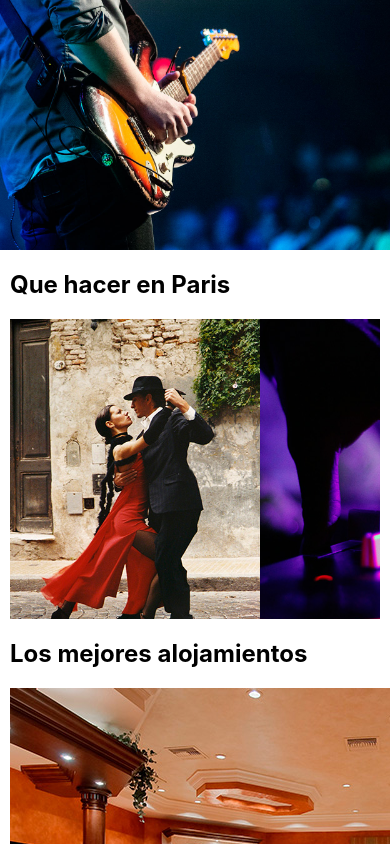
Repository: AleMicky/layout
Screen: /
The author's editor kept a copy of each file at every save. The screen is drawn from the files as they stood at one save, then again after the next save.
An inner scrolling area shows only its first screen. The app was drawn by React Native's web renderer in a window 390 px wide. The project was rebuilt for these pictures with package versions that can differ from the ones it lists, and the page was loaded fresh each time.

Above is the screen before, as saved 2020-06-27 16:49:23.

### App.js
import React from 'react';
import { StyleSheet, View, Image, Text, ScrollView } from 'react-native';


const App = () => {
  return (
    <>
      <ScrollView>
        <View style={{flexDirection:'row'}}>
            <Image  style={styles.banner}
                    source={require('./assets/img/bg.jpg')} />
        </View>
        <View style={styles.contenedor}>
            <Text style={styles.titulo}>Que hacer en Paris</Text>
            <ScrollView
              horizontal
            >
                <View>
                  <Image  style={styles.ciudad}
                          source={require('./assets/img/actividad1.jpg')} />
                </View>
                <View>
                  <Image  style={styles.ciudad}
                          source={require('./assets/img/actividad2.jpg')} />
                </View>
                <View>
                  <Image  style={styles.ciudad}
                          source={require('./assets/img/actividad3.jpg')} />
                </View>
                <View>
                  <Image  style={styles.ciudad}
                          source={require('./assets/img/actividad4.jpg')} />
                </View>
                <View>
                  <Image  style={styles.ciudad}
                          source={require('./assets/img/actividad5.jpg')} />
                </View>
            </ScrollView>
            <Text style={styles.titulo}>Los mejores alojamientos</Text>
            <View>
                    <View>
                        <Image  style={styles.mejoresDestinos}
                               source={require('./assets/img/hospedaje1.jpg')} />
                    </View>
                    <View>
                        <Image  style={styles.mejoresDestinos}
                               source={require('./assets/img/hospedaje2.jpg')} />
                    </View>
                    <View>
                        <Image  style={styles.mejoresDestinos}
                               source={require('./assets/img/hospedaje3.jpg')} />
                    </View>
            </View>
        </View>
        </ScrollView>
    </>
  );
};

const styles = StyleSheet.create({
  banner:{
    height:250,
    flex:1
  },
  titulo:{
    fontWeight:'bold',
    fontSize:24,
    marginVertical:20
  },
  contenedor:{
    marginHorizontal: 10
  },
  ciudad:{
    width:250,
    height:300
  },
  mejoresDestinos:{
    flex:1
  }
});

export default App;

After the next save:
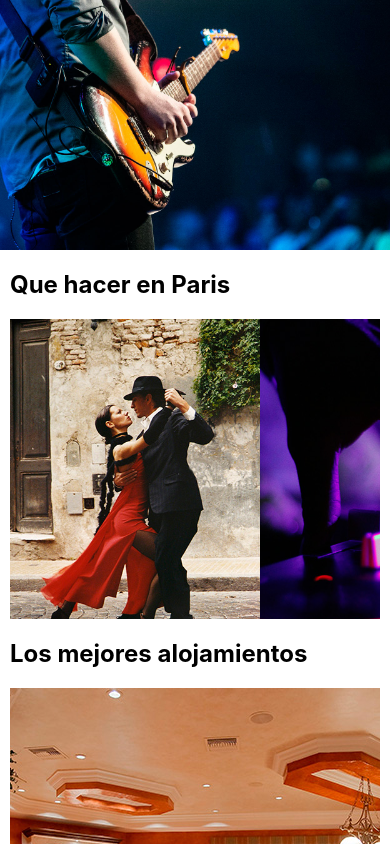
Saved 82 s later.
--- a/App.js
+++ b/App.js
@@ -75,7 +75,7 @@ const styles = StyleSheet.create({
     height:300
   },
   mejoresDestinos:{
-    flex:1
+   width:'100%'
   }
 });
 
